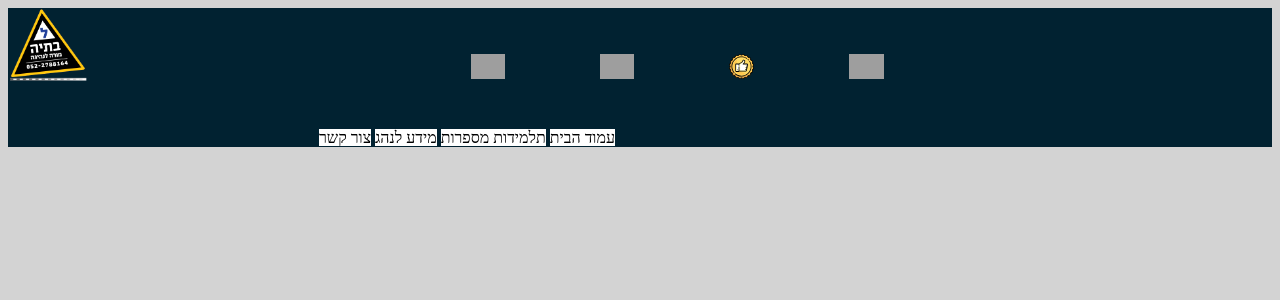
Repository: ChenGinsberg/BatyaLamed-site
Page: index.html
These files come from the project's save history. The page is drawn as it stood at one moment and after the next save; the edit follows.
The browser window is 1280 px wide. The pictures show the whole page.
Pictures or frames that could not be fetched are drawn as grey boxes.

Above is the page before, as saved 2017-11-09 23:56:03.

After the next save:
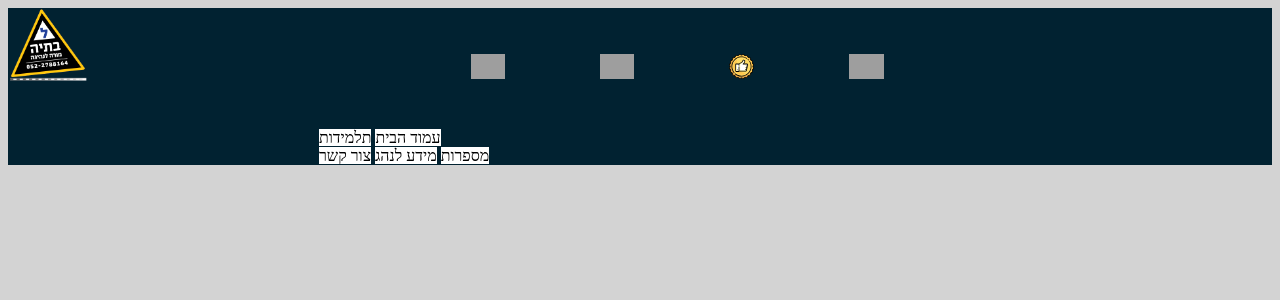
Saved 26 s later.
--- a/index.html
+++ b/index.html
@@ -19,7 +19,8 @@
         <img src="image/house.svg" class="nav-svg-icon">
         <br>
         <a class="nav-iconn">עמוד הבית</a>
-        <a class="nav-iconn">תלמידות מספרות</a>
+        <a class="nav-iconn">תלמידות
+            <br>מספרות</a>
         <a class="nav-iconn">מידע לנהג</a>
         <a class="nav-iconn">צור קשר</a>
     </nav>

After the save that followed:
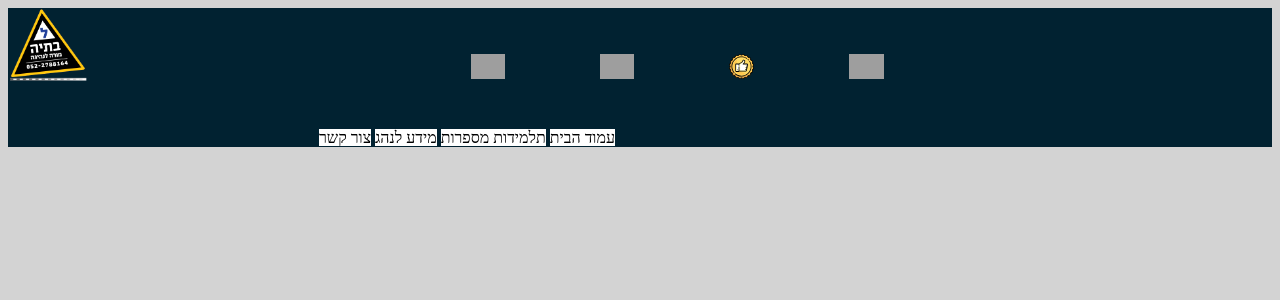
Saved 6 s later.
--- a/index.html
+++ b/index.html
@@ -19,8 +19,7 @@
         <img src="image/house.svg" class="nav-svg-icon">
         <br>
         <a class="nav-iconn">עמוד הבית</a>
-        <a class="nav-iconn">תלמידות
-            <br>מספרות</a>
+        <a class="nav-iconn">תלמידות מספרות</a>
         <a class="nav-iconn">מידע לנהג</a>
         <a class="nav-iconn">צור קשר</a>
     </nav>
